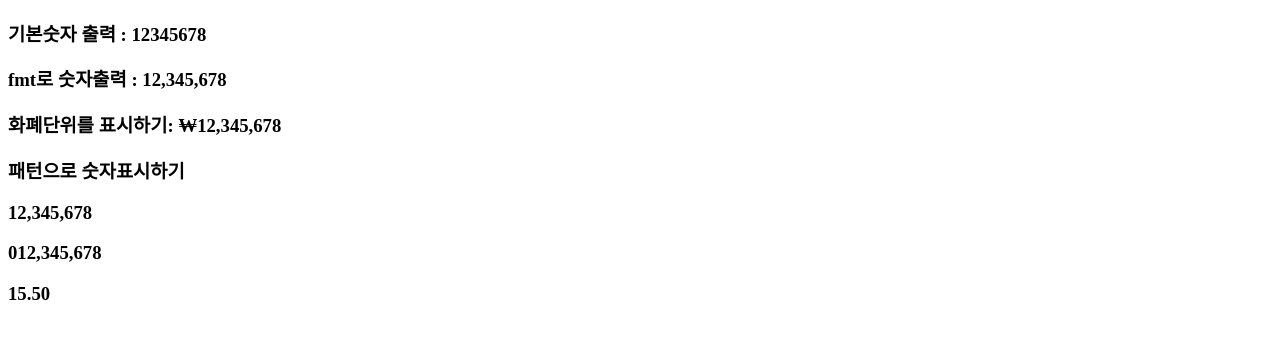
Repository: yongmin0309/mybatis1
Page: http://localhost/eL_JSTL/views/jstl/formattag.jsp
An editor plug-in stored every save of this project. The page is shown before and after the next save, followed by the edit.
The browser window is 1280 px wide. The pictures show the whole page.
The page is served by Tomcat 9.

Above is the page before, as saved 2024-04-20 08:11:32.

After the next save:
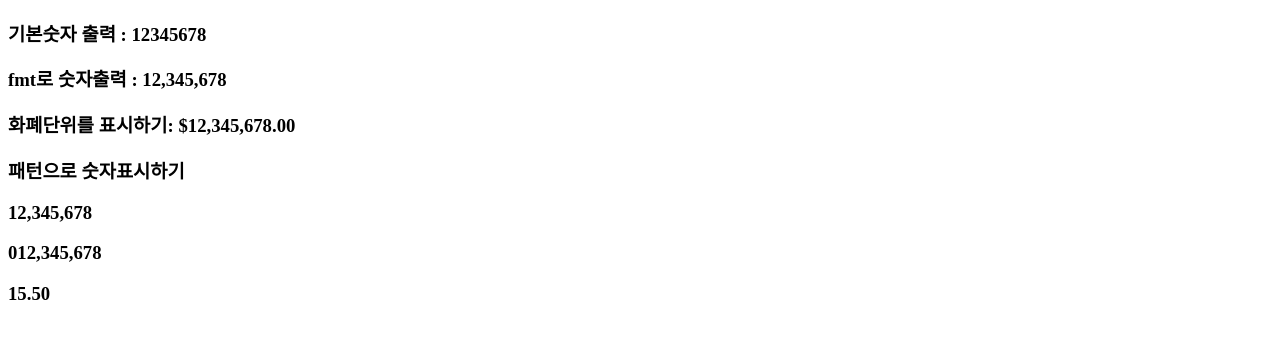
Saved 65 s later.
--- a/work/eL_JSTL/src/main/webapp/views/jstl/formattag.jsp
+++ b/work/eL_JSTL/src/main/webapp/views/jstl/formattag.jsp
@@ -13,7 +13,7 @@
 
 	<h3>기본숫자 출력 : <c:out value="${numbertest }"/></h3>
 	<h3>fmt로 숫자출력 : <fmt:formatNumber value="${numbertest }"/></h3>
-	<fmt:setLocale value="ko_KR"/>
+
 	<h3>화폐단위를 표시하기: <fmt:formatNumber value="${numbertest }"
 	type="currency"/></h3>
 

After the save that followed:
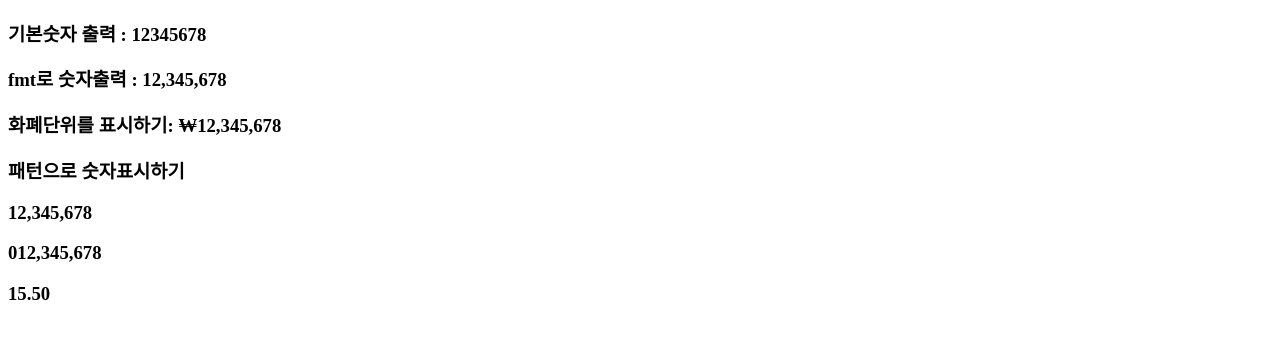
Saved 12 s later.
--- a/work/eL_JSTL/src/main/webapp/views/jstl/formattag.jsp
+++ b/work/eL_JSTL/src/main/webapp/views/jstl/formattag.jsp
@@ -13,7 +13,7 @@
 
 	<h3>기본숫자 출력 : <c:out value="${numbertest }"/></h3>
 	<h3>fmt로 숫자출력 : <fmt:formatNumber value="${numbertest }"/></h3>
-
+	<fmt:setLocale value="ko_KR"/>
 	<h3>화폐단위를 표시하기: <fmt:formatNumber value="${numbertest }"
 	type="currency"/></h3>
 
